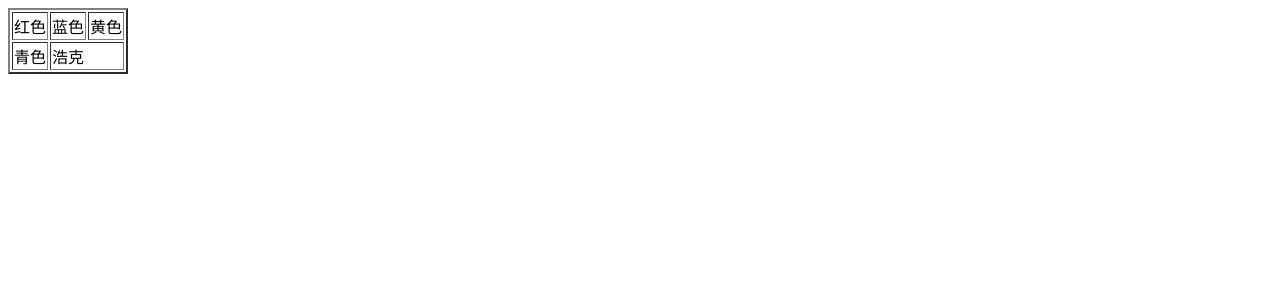
Repository: Yeyuehuke/Webstudy-Feidian
Page: 01-HTMLlearning/02-HTMLBasics/11-Tables.html
These files come from the project's save history. The page is drawn as it stood at one moment and after the next save; the edit follows.
The browser window is 1280 px wide. The pictures show the whole page.

Above is the page before, as saved 2020-05-17 15:10:55.

After the next save:
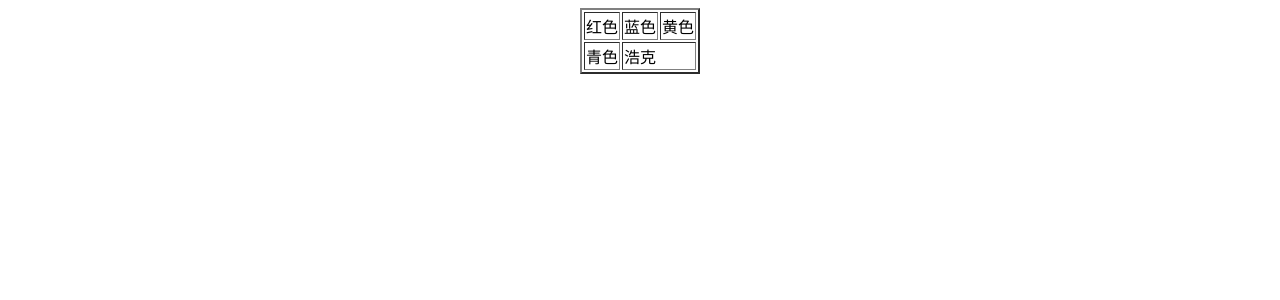
Saved 5 s later.
--- a/01-HTMLlearning/02-HTMLBasics/11-Tables.html
+++ b/01-HTMLlearning/02-HTMLBasics/11-Tables.html
@@ -3,7 +3,7 @@
         <title>我的网页</title>
     </head>
     <body>
-        <table align="" border="2">
+        <table align="center" border="2">
             <tr>
                 <td>红色</td>
                 <td>蓝色</td>
